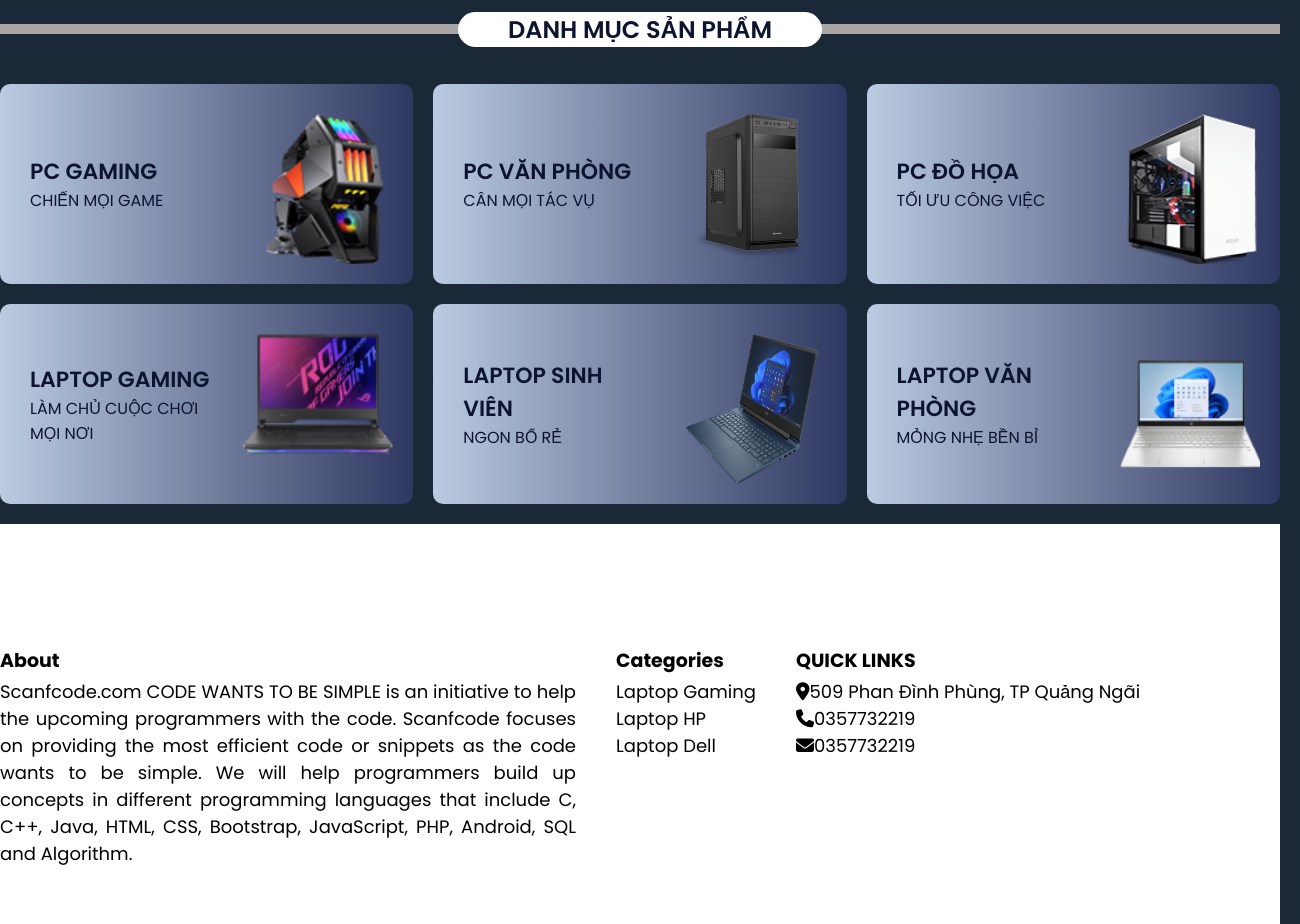
Repository: HPNChanel/DACS
Page: index.html
These files come from the project's save history. The page is drawn as it stood at one moment and after the next save; the edit follows.
The browser window is 1280 px wide. The page is 1300 px wide, so the pictures cover 1300 px, including what lies to the right of the window. The pictures show the part of the page from y = 636 to 1560 px (the page is 1560 px tall).

Above is the page before, as saved 2023-04-11 15:07:54.

### index.html
<!DOCTYPE html>
<html lang="en">
    <head>
        <meta charset="UTF-8" />
        <meta http-equiv="X-UA-Compatible" content="IE=edge" />
        <meta name="viewport" content="width=device-width, initial-scale=1.0" />
        <title>TNL Store</title>
        <link rel="stylesheet" href="./style/main.css" />
        <link rel="preconnect" href="https://fonts.googleapis.com" />
        <link rel="preconnect" href="https://fonts.gstatic.com" crossorigin />
        <link
            href="https://fonts.googleapis.com/css2?family=Poppins:ital,wght@0,100;0,200;0,300;0,400;0,500;0,600;0,700;1,100;1,200;1,300;1,400;1,500;1,700&display=swap"
            rel="stylesheet"
        />
        <link
            rel="stylesheet"
            href="https://cdnjs.cloudflare.com/ajax/libs/font-awesome/6.4.0/css/all.min.css"
            integrity="sha512-iecdLmaskl7CVkqkXNQ/ZH/XLlvWZOJyj7Yy7tcenmpD1ypASozpmT/E0iPtmFIB46ZmdtAc9eNBvH0H/ZpiBw=="
            crossorigin="anonymous"
            referrerpolicy="no-referrer"
        />
    </head>
    <body>
        <div class="slider">
            <div class="slides">
                <input type="radio" name="radio-btn" id="radio1" />
                <input type="radio" name="radio-btn" id="radio2" />
                <input type="radio" name="radio-btn" id="radio3" />
                <input type="radio" name="radio-btn" id="radio4" />

                <div class="slide first">
                    <img src="./image/slide-image1.jpg" alt="" />
                </div>
                <div class="slide">
                    <img src="./image/slide-image2.jpg" alt="" />
                </div>
                <div class="slide">
                    <img src="./image/slide-image3.jpg" alt="" />
                </div>
                <div class="slide">
                    <img src="./image/slide-image4.jpg" alt="" />
                </div>

                <div class="navigation-auto">
                    <div class="auto-btn1"></div>
                    <div class="auto-btn2"></div>
                    <div class="auto-btn3"></div>
                    <div class="auto-btn4"></div>
                </div>
            </div>

            <div class="navigation-manual">
                <label for="radio1" class="munual-btn"></label>
                <label for="radio2" class="munual-btn"></label>
                <label for="radio3" class="munual-btn"></label>
                <label for="radio4" class="munual-btn"></label>
            </div>
        </div>
        <!-- Block của content -->
        <div class="block">
            <div class="block-header">
                <span class="block-header-title">DANH MỤC SẢN PHẨM</span>
            </div>
            <div class="block-content">
                <a href="./pc-gaming.html">
                    <div class="text">PC Gaming</div>
                    <div class="text-sub">Chiến mọi game</div>
                    <img src="./image/cat_maytinh_v2.png" alt="" />
                </a>
                <a href="./pc-vanphong.html">
                    <div class="text">PC Văn Phòng</div>
                    <div class="text-sub">Cân mọi tác vụ</div>
                    <img src="./image/cat-vanphong.png" alt="" />
                </a>
                <a href="./pc-dohoa.html">
                    <div class="text">PC Đồ họa</div>
                    <div class="text-sub">Tối ưu công việc</div>
                    <img src="./image/cat_dohoa_v3.png" alt="" />
                </a>
                <a href="./laptop-gaming.html">
                    <div class="text">Laptop Gaming</div>
                    <div class="text-sub">Làm chủ cuộc chơi mọi nơi</div>
                    <img
                        src="./image/cat_ laptop_v2.png"
                        alt=""
                        class="height-image"
                    />
                </a>
                <a href="./laptop-sinhvien.html">
                    <div class="text">Laptop sinh viên</div>
                    <div class="text-sub">Ngon bổ rẻ</div>
                    <img src="./image/laptop_sinhvien.png" alt="" />
                </a>
                <a href="./laptop-vanphong.html">
                    <div class="text">Laptop Văn Phòng</div>
                    <div class="text-sub">Mỏng nhẹ bền bỉ</div>
                    <img src="./image/cat_laptop_hoctap_v2.png" alt="" />
                </a>
            </div>
        </div>

        <!-- footer -->
        <footer>
            <div class="footer-top">
                <div class="footer-about">
                    <h6>About</h6>
                    <p>
                        Scanfcode.com CODE WANTS TO BE SIMPLE is an initiative
                        to help the upcoming programmers with the code.
                        Scanfcode focuses on providing the most efficient code
                        or snippets as the code wants to be simple. We will help
                        programmers build up concepts in different programming
                        languages that include C, C++, Java, HTML, CSS,
                        Bootstrap, JavaScript, PHP, Android, SQL and Algorithm.
                    </p>
                </div>
                <div class="footer-categories">
                    <h6>Categories</h6>
                    <a href=""><p>Laptop Gaming</p></a>
                    <a href=""><p>Laptop HP</p></a>
                    <a href=""><p>Laptop Dell</p></a>
                </div>
                <div class="footer-quickLinks">
                    <h6>QUICK LINKS</h6>
                    <p>
                        <i class="fa-sharp fa-solid fa-location-dot"></i>509
                        Phan Đình Phùng, TP Quảng Ngãi
                    </p>
                    <p><i class="fa fa-phone"></i>0357732219</p>
                    <p><i class="fa-solid fa-envelope"></i>0357732219</p>
                </div>
            </div>
            <div class="footer-bottom"></div>
        </footer>
        <script src="main.js"></script>
    </body>
</html>

### style/main.css
:root {
    --slide-background-color: #888282;
}
* {
    margin: 0;
    padding: 0;
    box-sizing: border-box;
    list-style: none;
    text-decoration: none;
}
html {
    font-size: 62.5%;
}
body {
    font-family: "Poppins", sans-serif;
    font-size: 1.6rem;
    margin: 0 auto;
    width: 1280px;
    margin: 0 atuo;
    background-color: #1b2838;
}
.slider {
    width: 1280px;
    height: 60rem;
    border-radius: 10px;
    overflow: hidden;
}
.slides {
    width: 500%;
    height: 50rem;
    display: flex;
}
.slides input {
    display: none;
}
.slide {
    width: 20%;
    transition: 2s;
}
.slide img {
    width: 1280px;
    height: 600px;
}

.navigation-manual {
    position: absolute;
    width: 1280px;
    display: flex;
    justify-content: center;
    margin-top: 40px;
}
.munual-btn {
    border: 2px solid var(--slide-background-color);
    padding: 5px;
    border-radius: 10px;
    cursor: pointer;
    transition: 1s;
}
.munual-btn:not(:last-child) {
    margin-right: 10px;
}
.munual-btn:hover {
    background-color: var(--slide-background-color);
}

#radio1:checked ~ .first {
    margin-left: 0;
}
#radio2:checked ~ .first {
    margin-left: -20%;
}
#radio3:checked ~ .first {
    margin-left: -40%;
}
#radio4:checked ~ .first {
    margin-left: -60%;
}

.navigation-auto {
    position: absolute;
    display: flex;
    width: 1280px;
    justify-content: center;
    margin-top: 540px;
}
.navigation-auto div {
    border: 2px solid var(--slide-background-color);
    padding: 5px;
    border-radius: 10px;
    transition: 1s;
}
.navigation-auto div:not(:last-child) {
    margin-right: 10px;
}

#radio1:checked ~ .navigation-auto .auto-btn1 {
    background-color: var(--slide-background-color);
}
#radio2:checked ~ .navigation-auto .auto-btn2 {
    background-color: var(--slide-background-color);
}
#radio3:checked ~ .navigation-auto .auto-btn3 {
    background-color: var(--slide-background-color);
}
#radio4:checked ~ .navigation-auto .auto-btn4 {
    background-color: var(--slide-background-color);
}

.block {
    margin-top: 60px;
}
.block-header {
    display: flex;
    align-items: center;
    justify-content: center;
    background-color: #aba4a4;
    height: 10px;
}
.block-header-title {
    position: relative;
    padding-left: 50px;
    padding-right: 50px;
    background-color: white;
    font-weight: 600;
    border-radius: 30px;
    font-size: 2.4rem;
    color: #0d1430;
}
.block-content {
    margin-top: 50px;
    display: flex;
    flex-wrap: wrap;
    margin-right: -2rem;
}
.block-content a {
    width: calc(33.33% - 2rem);
    height: 20rem;
    display: flex;
    flex-direction: column;
    align-items: flex-start;
    justify-content: center;
    margin-right: 2rem;
    margin-bottom: 2rem;
    padding-left: 30px;
    background: linear-gradient(to right, #bbcbe1 0, #313965e4 100%);
    position: relative;
    border-radius: 10px;
}
.block-content .text,
.block-content .text-sub {
    text-transform: uppercase;
    color: #0d1430;
    width: 50%;
}
.block-content .text {
    font-weight: 600;
    font-size: 2.2rem;
}
.block-content img {
    position: absolute;
    top: 3rem;
    right: 2rem;
    width: 15rem;
    height: 15rem;
    /* box-shadow: 10px 10px 10px red; */
}
.block-content .height-image {
    height: 12rem;
}
.block-content a:hover {
    scale: 1.05;
    transition: all 0.2s ease-in-out;
    box-shadow: 0px 0 10px 5px #dce5f3;
}

/* Footer*/
footer {
    width: 100%;
    height: 400px;
    background-color: white;
    padding-top: 20px;
}
.footer-top {
    margin-top: 100px;
    display: flex;
    /* align-items: center; */
    /* justify-content: */
    color: black;
    font-size: 18px;
}
.footer-about {
    width: 45%;
    margin-right: 40px;
}
.footer-about p {
    text-align: justify;
}
h6 {
    font-size: 19px;
    font-weight: 700;
    line-height: 34px;
}

.footer-categories a {
    color: black;
}
.footer-categories {
    margin-right: 40px;
}

### main.js
var counter = 1;
setInterval(function () {
  document.getElementById("radio" + counter).checked = true;
  counter++;
  if (counter > 4) {
    counter = 1;
  }
}, 5000);

After the next save:
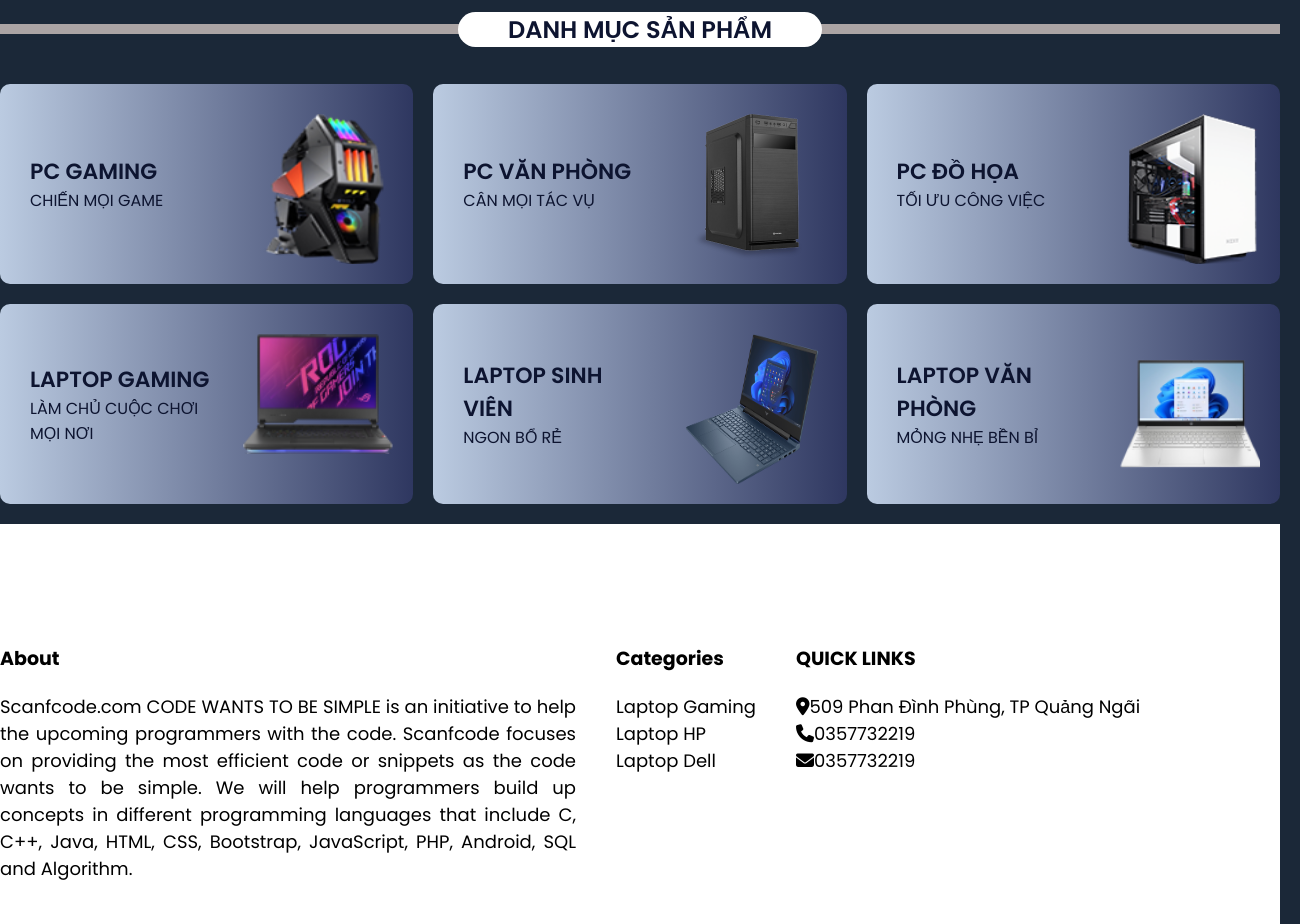
Saved 9 s later.
--- a/style/main.css
+++ b/style/main.css
@@ -198,7 +198,7 @@ footer {
 h6 {
     font-size: 19px;
     font-weight: 700;
-    line-height: 34px;
+    margin-bottom: 20px;
 }
 
 .footer-categories a {
